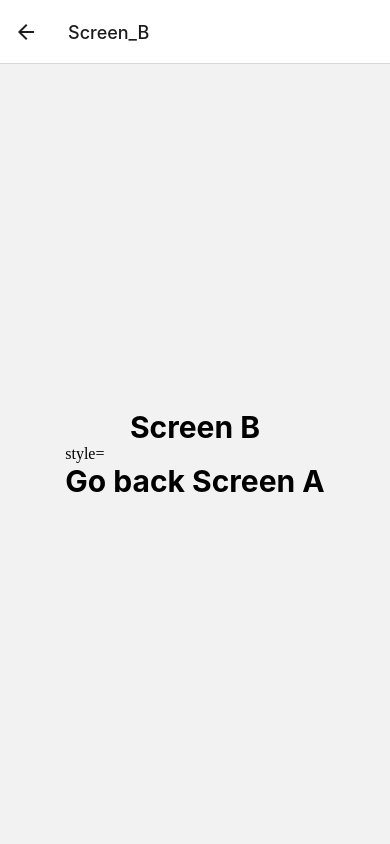
Repository: ntu34543/Navigation
Screen: /, after clicking the first element matching `div.r-cursor-1loqt21`
An editor plug-in stored every save of this project. The screen is shown before and after the next save, followed by the edit.
The app was drawn by React Native's web renderer in a window 390 px wide. The project was rebuilt for these pictures with package versions that can differ from the ones it lists, and the page was loaded fresh each time.

Above is the screen before, as saved 2022-09-18 17:04:09.

After the next save:
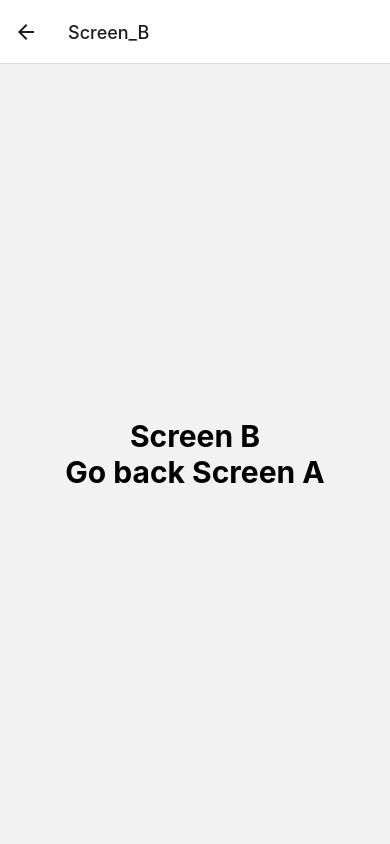
Saved 9 s later.
--- a/App.js
+++ b/App.js
@@ -32,9 +32,6 @@ function ScreenB() {
     <View style={styles.body}>
       <Text style={styles.text}>Screen B</Text>
       <Pressable onPress={onPressHandler}>
-        style={({ pressed }) => ({
-          backgroundColor: pressed ? "#ddd" : "black",
-        })}
         <Text style={styles.text}>Go back Screen A</Text>
       </Pressable>
     </View>
